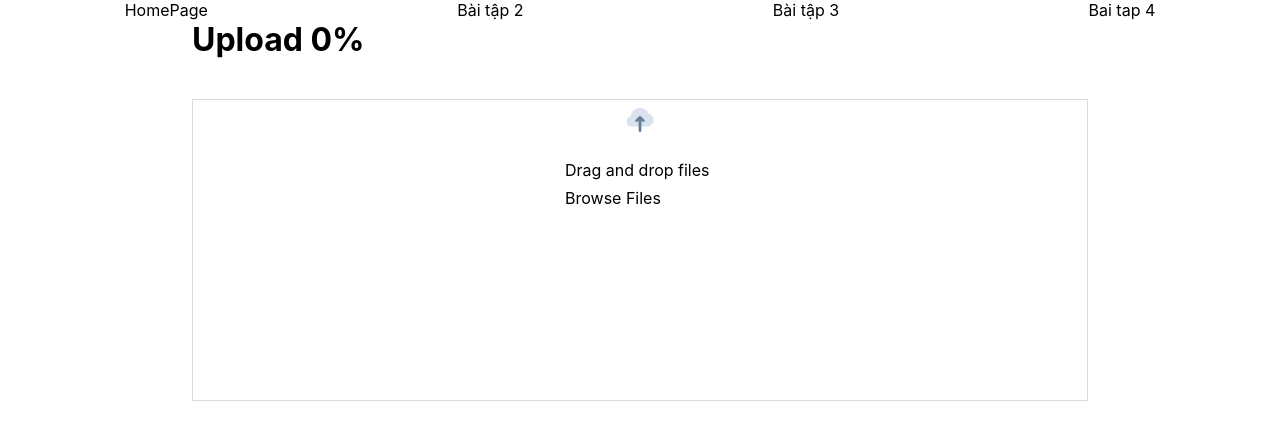
Repository: tungdau93/Training-ReactJS
Page: /bai-tap-3
These files come from the project's save history. The page is drawn as it stood at one moment and after a run of saves; the edit follows.
The browser window is 1280 px wide. The pictures show the whole page.
The project was rebuilt for these pictures with package versions that can differ from the ones it lists, and the page was loaded fresh each time. Also part of the build but not shown: src/App.css, src/hooks/useClickOutside.js, src/Assignments/BaiTap2.jsx, src/Assignments/HomePage.jsx.

Above is the page before, as saved 2022-10-03 10:49:22.

After the next 6 saves:
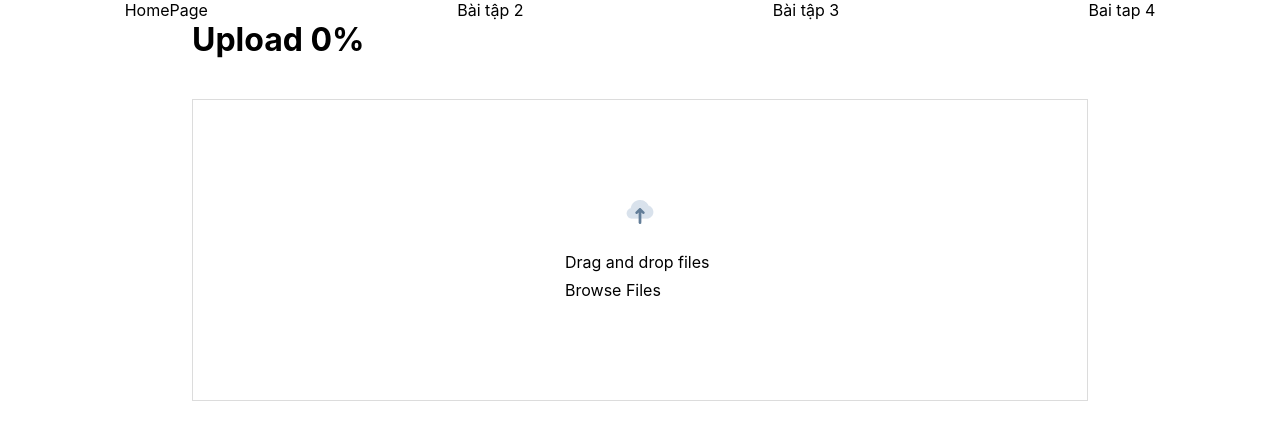
The 6 saves are shown as one change because 2 did not build or start and some came seconds apart.
The last was saved 23 s later.
--- a/src/style/_bai-tap-3.scss
+++ b/src/style/_bai-tap-3.scss
@@ -259,7 +259,7 @@
       min-width: 150px;
       position: absolute;
       // left: 300px;
-      bottom: calc(0 + 54);
+      bottom: calc(300px - 54px - 150px);
 
       .image-drag-drop {
         display: flex;
